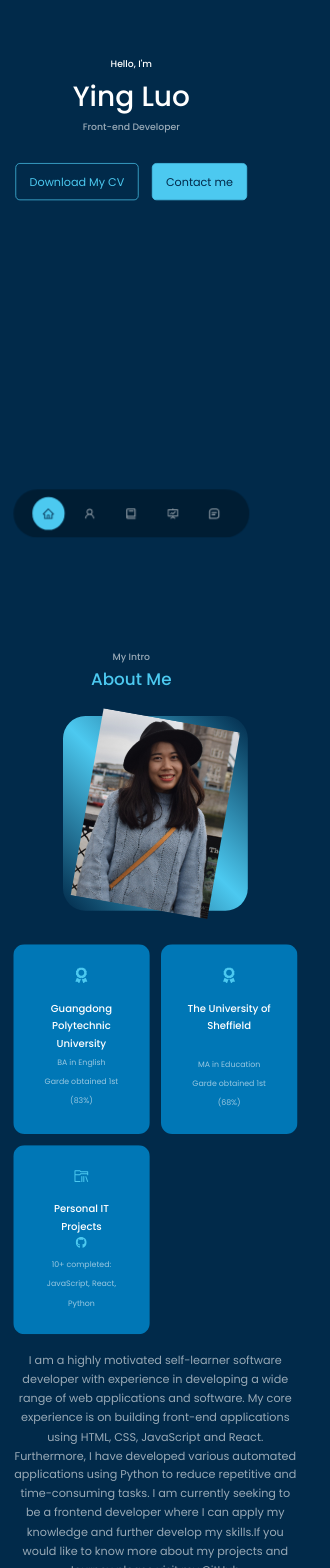
Repository: yingluo1020/react-portfolio-website
Page: /
The author's editor kept a copy of each file at every save. The page is drawn from the files as they stood at one save, then again after the next save.
The browser window is 375 px wide. The page is 472 px wide, so the pictures cover 472 px, including what lies to the right of the window. The pictures show the part of the page from y = 0 to 2240 px (the page is 6400 px tall before and 5920 px after), at 70% of full size.
The project was rebuilt for these pictures with package versions that can differ from the ones it lists, and the page was loaded fresh each time. Imported but missing from the stored project, and not drawn on this page: src/assets/cv1.pdf.

Above is the page before, as saved 2022-03-16 09:27:43.

After the next save:
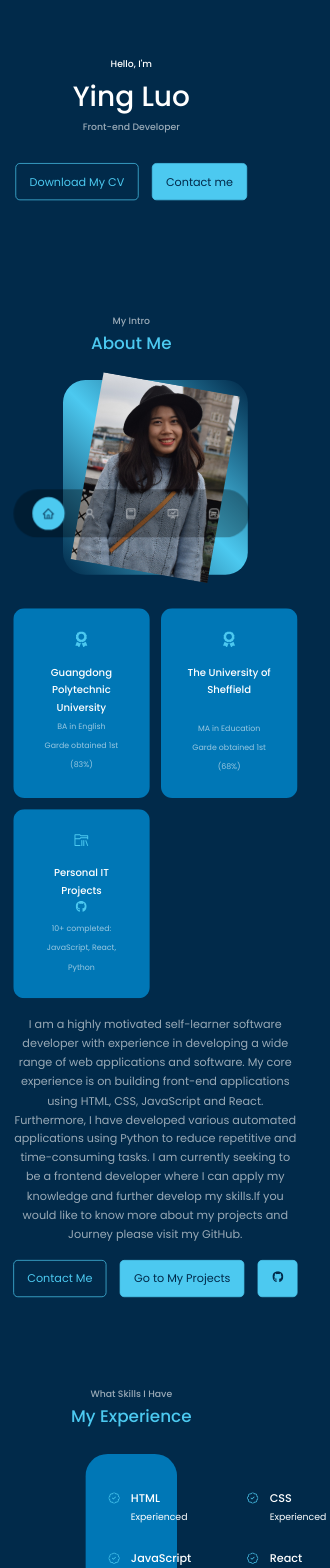
Saved 9 s later.
--- a/src/components/header/header.css
+++ b/src/components/header/header.css
@@ -51,14 +51,14 @@ header {
 }
 
 /* media queries(medium devices) */
-@media screen and (max-width:1024px) {
+/* @media screen and (max-width:1024px) {
      header {
          height: 68vh;
      }
-}
+} */
 
 /* media queries(small devices)*/
-@media screen and (max-width:600px) {
+/* @media screen and (max-width:600px) {
     header {
         height: 100vh;
     }
@@ -66,4 +66,4 @@ header {
     .header_socials,.scroll_down{
         display: none;
     }
-}
+} */
